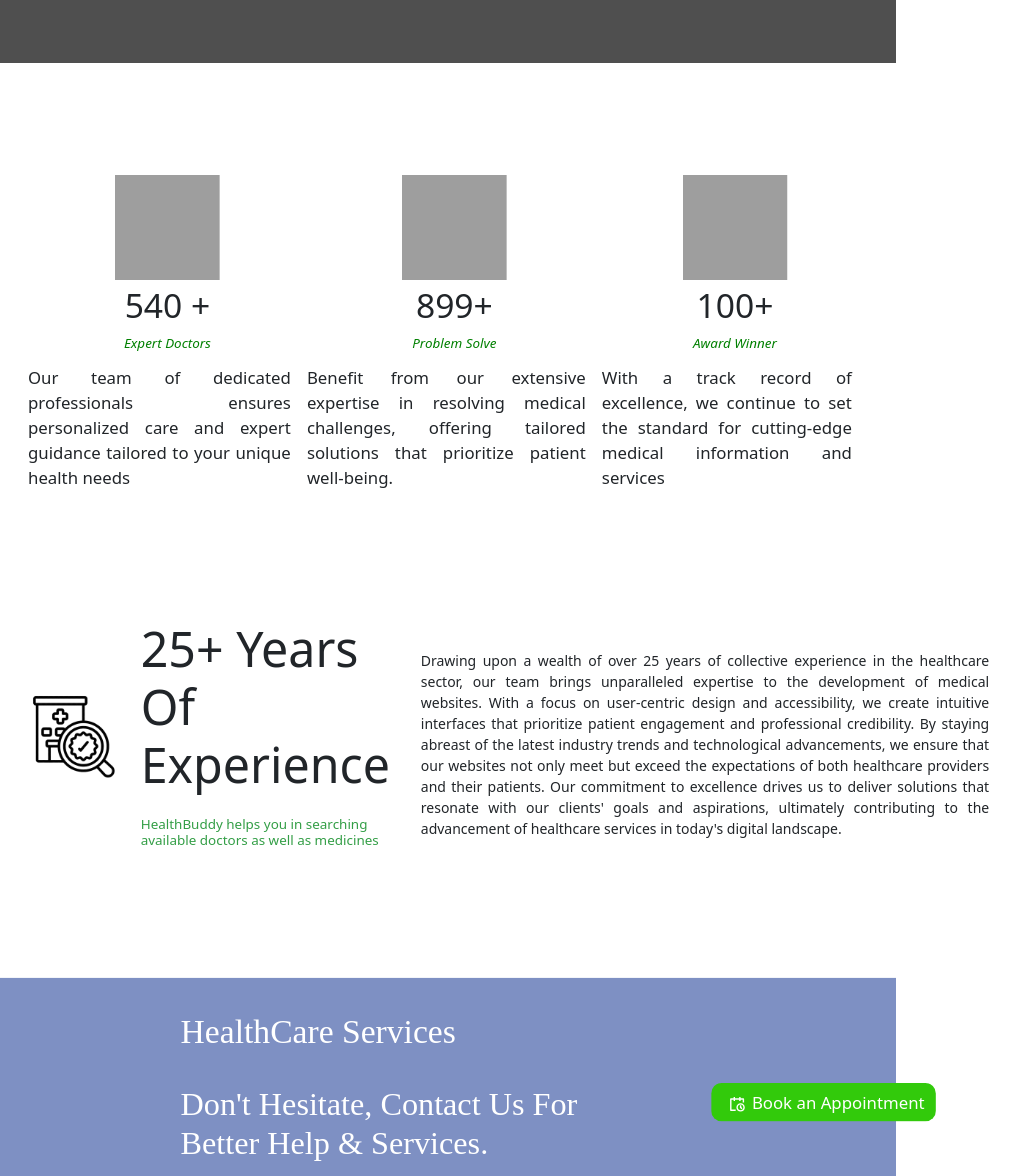
Repository: WajihaGul/MedicalApp-Frontend
Page: /
These files come from the project's save history. The page is drawn as it stood at one moment and after the next save; the edit follows.
The browser window is 1280 px wide. The page is 1457 px wide, so the pictures cover 1457 px, including what lies to the right of the window. The pictures show the part of the page from y = 630 to 2310 px (the page is 4573 px tall before and 4685 px after), at 70% of full size.
Pictures or frames that could not be fetched are drawn as grey boxes. The project was rebuilt for these pictures with package versions that can differ from the ones it lists, and the page was loaded fresh each time. Also part of the build but not shown: vite.config.js, src/index.css, src/App.css, src/Components/PharmacyGrid/PharmacyGrid.module.css, src/Components/DeletePopup/DeletePopup.module.css, src/Components/DeletePopup/DeletePopup.jsx, src/Components/PharmacyGrid/PharmacyGrid.jsx, src/Pages/Pharmacy.jsx and 38 more.

Above is the page before, as saved 2024-06-09 12:58:52.

### public/index.html
<!DOCTYPE html>
<html lang="en">
  <head>
    <meta charset="utf-8" />
    <link rel="icon" href="%PUBLIC_URL%/favicon.ico" />
    <meta name="viewport" content="width=device-width, initial-scale=1" />
    <meta name="theme-color" content="#000000" />
    <meta
      name="description"
      content="Web site created using create-react-app"
    />
    <link rel="apple-touch-icon" href="%PUBLIC_URL%/logo192.png" />

    <link rel="manifest" href="%PUBLIC_URL%/manifest.json" />

    <title>Health Buddy</title>

    <!-- Bootstrap CSS -->

    <link href="https://cdn.jsdelivr.net/npm/bootstrap@5.3.3/dist/css/bootstrap.min.css" rel="stylesheet">
  </head>
  <body>
    <noscript>You need to enable JavaScript to run this app.</noscript>
    <div id="root"></div>

  </body>
</html>

### src/Pages/Homepage.jsx
import Accomplishments from "../Components/Accomplishments/Accomplishments";
import Experience from "../Components/Experience/Experience";
import LandingPage from "./../Components/LandingPage/LandingPage";
import NavigationBar from "./../Components/NavigationBar/Navbar";
import MakeAppointment from "../Components/MakeAppointment/MakeAppointment";
import Footer from "../Components/Footer/Footer";
import Faqs from "../Components/FAQS/Faqs";

const Homepage = () => {
  return (
    <>
      <LandingPage />
      <Accomplishments />
      <Experience />
      <MakeAppointment />
      <Faqs />
    </>
  );
};

export default Homepage;

### src/Components/Layout/Layout.jsx
import React from "react";
import Navbar from "../NavigationBar/Navbar";
import Footer from "../Footer/Footer";

const Layout = ({ children }) => {
  return (
    <div>
      <Navbar />
      <main>{children}</main>
      <Footer />
    </div>
  );
};

export default Layout;

### src/Components/Accomplishments/Accomplishments.jsx
import styles from "./Accomplishments.module.css";

const Accomplishments = () => {
  return (
    <div className={styles.container}>
      <div className={styles.innerContainer}>
        <div className={styles.column1}>
          <img
            className={styles.cols_img}
            src="https://medi-dove.netlify.app/img/counter/counter-icon-7.png"
            alt=""
          />

          <p className={styles.explanationi}>540 + </p>

          <p className={styles.explanationii}>Expert Doctors</p>

          <p className={styles.explanationiii}>
            Our team of dedicated professionals ensures personalized care and
            expert guidance tailored to your unique health needs
          </p>
        </div>

        <div className={styles.column1}>
          <img
            className={styles.cols_img}
            src="https://medi-dove.netlify.app/img/counter/counter-icon-9.png"
            alt=""
          />

          <p className={styles.explanationi}>899+</p>

          <p className={styles.explanationii}>Problem Solve</p>

          <p className={styles.explanationiii}>
            Benefit from our extensive expertise in resolving medical
            challenges, offering tailored solutions that prioritize patient
            well-being.
          </p>
        </div>

        <div className={styles.column3}>
          <img
            className={styles.cols_img}
            src="https://medi-dove.netlify.app/img/counter/counter-icon-83.png"
            alt=""
          />

          <p className={styles.explanationi}>100+</p>

          <p className={styles.explanationii}>Award Winner</p>

          <p className={styles.explanationiii}>
            With a track record of excellence, we continue to set the standard
            for cutting-edge medical information and services
          </p>
        </div>
      </div>
    </div>
  );
};

export default Accomplishments;

### src/Components/Experience/Experience.jsx
import styles from "./Experience.module.css";

const Experience = () => {
  return (
    <>
      <div className={styles.container}>
        <div className={styles.divimg}>
          <img
            className={styles.eimg}
            src="/Assets/Experience_image.png"
            alt="logo here"
          />
        </div>

        <div>
          <h1 className={styles.ehead1}>25+ Years Of Experience</h1>
          <br />
          <h6 className={styles.ehead6}>
            HealthBuddy helps you in searching available doctors as well as
            medicines
          </h6>
        </div>
        <div>
          <p className={styles.story_p}>
            Drawing upon a wealth of over 25 years of collective experience in
            the healthcare sector, our team brings unparalleled expertise to the
            development of medical websites. With a focus on user-centric design
            and accessibility, we create intuitive interfaces that prioritize
            patient engagement and professional credibility. By staying abreast
            of the latest industry trends and technological advancements, we
            ensure that our websites not only meet but exceed the expectations
            of both healthcare providers and their patients. Our commitment to
            excellence drives us to deliver solutions that resonate with our
            clients' goals and aspirations, ultimately contributing to the
            advancement of healthcare services in today's digital landscape.
          </p>
        </div>
      </div>
    </>
  );
};
export default Experience;

### src/Components/LandingPage/LandingPage.jsx
import React from "react";
import "bootstrap/dist/css/bootstrap.min.css";
import { Carousel } from "react-bootstrap";
import styles from "./LandingPage.module.css";

const LandingPage = () => {
  return (
    <Carousel>
      <Carousel.Item>
        <img
          className={styles.dblock}
          src="https:hips.hearstapps.com/hmg-prod/images/types-of-doctors-1600114658.jpg?crop=0.974xw:0.729xh;0,0&resize=1200:*"
          alt="First slide"
        />
        <Carousel.Caption>
          <h3 className={styles.sliders_h}>Welcome to HealthBuddy</h3>
          <p className={styles.sliders_p}>
            We are dedicated to providing compassionate care and innovative
            medical solutions tailored to your needs.
          </p>
        </Carousel.Caption>
      </Carousel.Item>
      <Carousel.Item>
        <img
          className={styles.dblock}
          src="https://medi-dove.netlify.app/img/home4/about/overlap.png"
          alt="Second slide"
        />
        <Carousel.Caption>
          <h3 className={styles.sliders_h}>
            Find Trusted Doctors in Your Area
          </h3>
          <p className={styles.sliders_p}>
            Whether you need a primary care physician, specialist, or allied
            healthcare provider, we've got you covered.
          </p>
        </Carousel.Caption>
      </Carousel.Item>
      <Carousel.Item>
        <img
          className={styles.dblock}
          src="https://drz0f01yeq1cx.cloudfront.net/1714474335549-158e1cf4-d33e-41ef-afb5-0ab23aea778c-4929.png"
          alt="Third slide"
        />
        <Carousel.Caption>
          <h3 className={styles.sliders_h}>Convenient Pharmacy Services</h3>
          <p className={styles.sliders_p}>
            Our pharmacy services make it easy to access the medications you
            need, right from the comfort of your own home.
          </p>
        </Carousel.Caption>
      </Carousel.Item>
    </Carousel>
  );
};

export default LandingPage;

### src/Components/MakeAppointment/MakeAppointment.jsx
import styles from "./MakeAppointment.module.css";
import { Link } from "react-router-dom";
import { RiCalendarScheduleLine } from "react-icons/ri";

const MakeAppointment = () => {
  return (
    <>
      <div className={styles.container}>
        <div className={styles.divii}>
          <h3 className={styles.head3}>HealthCare Services</h3>
          <h1 className={styles.head1}>
            Don't Hesitate, Contact Us For Better Help & Services.
          </h1>
        </div>

        <div className={styles.ButtonHere}>
          <Link to="/appointment">
            <button className={styles.mbutton} type="button">
              <RiCalendarScheduleLine className={styles.micon} />
              Book an Appointment
            </button>
          </Link>
        </div>
      </div>
    </>
  );
};

export default MakeAppointment;

### src/Components/Footer/Footer.jsx
import React from "react";
import styles from "./Footer.module.css";
import {
  FaPhone,
  FaEnvelope,
  FaFacebook,
  FaTwitter,
  FaInstagram,
  FaLinkedin,
} from "react-icons/fa";

const Footer = () => {
  return (
    <>
      <footer className={styles.footer}>
        <div className={styles.container}>
          <div className={styles.footer_grid}>
            <div className={styles.footer_item}>
              <h3>Contact Us</h3>
              <p>
                <FaPhone /> +1-123-456-7890
              </p>
              <p>
                <FaEnvelope /> info@medicalwebsite.com
              </p>
            </div>
            <div className={styles.footer_item}>
              <h3>Quick Links</h3>
              <ul>
                <li>
                  <a href="#home">Home</a>
                </li>
                <li>
                  <a href="#doctors">Doctors</a>
                </li>
                <li>
                  <a href="#pharmacy">Pharmacy</a>
                </li>
                <li>
                  <a href="#appointments">Appointments</a>
                </li>
                <li>
                  <a href="#about">About Us</a>
                </li>
                <li>
                  <a href="#contact">Contact Us</a>
                </li>
              </ul>
            </div>
            <div className={styles.footer_item}>
              <h3>Services</h3>
              <ul>
                <li>
                  <a href="#appointment">Book Appointment</a>
                </li>
                <li>
                  <a href="#pharmacy-order">Order Medicine</a>
                </li>
              </ul>
            </div>
            <div className={styles.footer_item}>
              <h3>Follow Us</h3>
              <ul className={styles.social_icons}>
                <li>
                  <a href="https://facebook.com">
                    <FaFacebook />
                  </a>
                </li>
                <li>
                  <a href="https://twitter.com">
                    <FaTwitter />
                  </a>
                </li>
                <li>
                  <a href="https://instagram.com">
                    <FaInstagram />
                  </a>
                </li>
                <li>
                  <a href="https://linkedin.com">
                    <FaLinkedin />
                  </a>
                </li>
              </ul>
            </div>
          </div>
        </div>
        <div className={styles.footer_bottom}>
          <div className={styles.container}>
            <p>
              &copy; {new Date().getFullYear()} Medical Website. All rights
              reserved.
            </p>
          </div>
        </div>
      </footer>
    </>
  );
};

export default Footer;

### src/Components/FAQS/Faqs.jsx
import React from "react";
import styles from "./Faqs.module.css";

const Faqs = () => {
  return (
    <section className={styles.faq_section}>
      <div className={styles.faq_content}>
        <h2 className={styles.faq_h2}>FAQs</h2>
        <div className={styles.faq_item}>
          <h3>How can I schedule an appointment with a doctor?</h3>
          <p>
            To schedule an appointment with a doctor, simply navigate to the
            "Book Appointments" section of our website and follow the prompts to
            select your preferred doctor, date, and time slot.
          </p>
        </div>
        <div className={styles.faq_item}>
          <h3>Can I choose a specific doctor for my appointment?</h3>
          <p>
            Yes, you can choose a specific doctor for your appointment based on
            their availability and specialization. Our website provides options
            to filter doctors by specialty to help you find the right healthcare
            provider for your needs.
          </p>
        </div>
        <div className={styles.faq_item}>
          <h3>
            What information do I need to provide when booking an appointment?
          </h3>
          <p>
            When booking an appointment, you will need to provide basic
            information such as your name, contact details, reason for visit,
            and any relevant medical history. This information helps us ensure
            that you receive the appropriate care during your visit.
          </p>
        </div>
        <div className={styles.faq_item}>
          <h3>How can I order prescription medications from the pharmacy?</h3>
          <p>
            Ordering prescription medications from our pharmacy is easy. Simply
            log in to your account on our website, navigate to the pharmacy
            section, and browse our catalog of available medications. Add the
            desired items to your cart, proceed to checkout, and follow the
            instructions to complete your order
          </p>
        </div>

        <div className={styles.faq_item}>
          <h3>
            How long does it take for prescription medications to be delivered?
          </h3>
          <p>
            Prescription medication delivery times may vary depending on your
            location and the availability of the medications you have ordered.
            Typically, orders are processed and dispatched within 24 hours, and
            delivery times range from 2-3 business days.
          </p>
        </div>
      </div>
    </section>
  );
};

export default Faqs;

### src/Components/Accomplishments/Accomplishments.module.css
.container{
    margin:0 auto;
    width: 1200px;
    padding-top: 30px;
    padding-bottom: 30px;
    margin-top: 30px;
    display: flex;
    flex-direction: column;
}
.innerContainer{
    display: flex;
    flex-direction: row;
}
.column1 , .column2 , .column3{
    display: flex;
    flex-direction: column;
    justify-content: center;
    align-items: center;
}
.explanationi{
    font-size: xxx-large;
    font-weight: 700px;
}

.explanationii{
    color: green;
    font-size: larger;
    font-style: italic;
    margin-top: -12px;
}

.explanationiii{
    text-align: justify;
    margin-right: 23px;
    font-size:24px;
}

.cols_img{
    height: 150px;
    width: 150px;
    align-items: center !important;
    justify-content: center !important;
}

### src/Components/Experience/Experience.module.css
.container{
  margin: 0 auto;
  width: 1200px;
  margin-top: 138px;
  display: flex;
  flex-direction: row;
  margin-bottom: 138px;
}

.logo, .experience , .story{
  margin: 10px;
  height: 100px !important;
}

.story_p{
  padding: 44px;
    text-align: justify;
    font-size: 20px;
    width: 900px;
}
.divimg{

}
.ehead1{
  font-size: 69px;
}

.ehead6{
color: #339e46 ;
font-size: larger;
}
.eimg{
  height: 131px;
  margin-bottom: 102px;
  margin-top: 102px;
  padding-right: 30px;
}

### src/Components/LandingPage/LandingPage.module.css
.carousel {
  overflow: hidden; /* Hide any overflow */
}

.carousel-item img {
  max-width: 100%; /* Ensure images don't exceed the width of the container */
  max-height: 100vh; /* Adjust the height as needed to fit within the viewport */
  margin: auto; /* Center the images horizontally */
}

.dblock{
  height: 100vh;
  width: 100%;
  margin-bottom: 100px;
  filter: brightness(0.5);
}

.sliders_p{
  font-size: 48px;
  color: white;
  width: 1462px;
  text-align: center;
  padding-bottom: 156px;
  font-family: serif;
}

.sliders_h{
  font-size: 48px;
  font-family: serif;
}

### src/Components/NavigationBar/Navbar.module.css
nav {
  position: fixed;
  top: 0;
  left: 0;
  width: 100%;
  display: flex;
  justify-content: space-between;
  align-items: center;
  height: 80px;
  padding: 0 30px;
  background-color: #4f4fa1;
  box-shadow: 0px 4px 10px rgba(0, 0, 0, 0.1);
  z-index: 10;
}

.allnav {
display: flex;
align-items: center;
gap: 200px;
margin-right: 190px;
}

.navLinks {
display: flex;
gap: 53px;
list-style-type: none;
margin: 0;
padding: 0;
font-size: x-large;
box-sizing: border-box;
font-family: cursive;
font-weight: 800;
text-decoration: none !important;
}
.navLinksColor {
color: white;
}
.navLinks a{
text-decoration: none !important;
}
.navbar-item {
position: relative;
}


.navbar-item a {
text-decoration: none !important;
color: #fff;
font-weight: bold;
padding: 15px 20px;
border-radius: 10px;
transition: background-color 0.3s ease;
}


.navbar-item a:hover {
background-color: rgba(255, 255, 255, 0.2); /* Semi-transparent background on hover */
}

.customButton {
background-color: #f0f1ff;
  border: none;
  font-family: cursive;
  color: #2259b1;
  padding: 0px 32px;
  text-align: center;
  text-decoration: none;
  display: inline-block;
  margin: 4px 2px;
  cursor: pointer;
  border-radius: 4px;
  transition-duration: 0.4s;
  font-size: x-large;
  height: 54px;
  font-weight: 700;
}

.btn-primary.btn-lg:hover {
transform: scale(1.05); /* Scale button on hover */
}

.logo {
display: flex;
align-items: center;
}

.nav_img {
height: 47px;
margin-right: 20px;
margin-top: -9px;
margin-right: 14px;
}

.nav_head {
font-size: 2.5rem;
margin-left: -12px;
color:#ffffff;
font-family: cursive;
margin-bottom: 1px;
font-weight: 800;
font-size: xx-large;
}
/* Navbar.module.css */
.custom-modal-content {
height: 500px; /* Increase the height as needed */
}

/* Center the modal vertically */
.modal-dialog-centered {
display: flex;
align-items: center;
min-height: calc(100% - 1rem);
}

### src/Components/MakeAppointment/MakeAppointment.module.css
.container{
    background-color: rgb(126 144 195);
    height: 340px;
}
.head3{
    color: white;
    font-family: cursive;
    margin-left: 290px;
    padding-top: 18px;
    /* width: 800px; */
    font-size: xxx-large;
    margin-right: 290px;
    padding-bottom: 18px;
}
.head1{
    margin-top: 30px;
    color: white;
    font-family: cursive;
    margin-left: 290px;
    margin-bottom: 30px;
    margin-right: 290px;
    font-size: 46px;
    width: 600px;
}

.container , .ButtonHere{
display: flex;
flex-direction: row;
}

.divii{
    margin-top: 30px;
    margin-bottom: 30px;
    margin-right: -32px;
    margin-left: -32px;
    width: 1080px;
}

.ButtonHere{
    margin:150px auto;
   }



.mbutton{
    height: 55px;
    width: 321px;
    border-color: transparent;
    font-size: x-large;
    border-radius: 15px;
    background-color: #32ca0b;
    color: white;
    padding-left: 10px;
    padding-right: 10px;
    padding-top: 8px;
    padding-bottom: 8px
}

.micon{
    margin: 9px;

}

### src/Components/Footer/Footer.module.css
.footer {
  background-color: #191931;
    padding-top: 43px;
    padding-left: 25px;
    font-family: emoji;
    color: white;
    display: flex;
    flex-direction: column;
    justify-content: space-between;
    height: 100%;
    padding-left: 80px;
    font-size: larger;
}

.footer .container {
  justify-content: space-between;
  color: white;
}

.footer_grid {
  color: white;
  display: grid;
  grid-template-columns: repeat(4, 1fr);
  grid-gap: 30px;
}

.footer_item {
  color: white;
  margin-bottom: 30px;
}

.footer_item h3 {
  color: white;
  font-size: 1.2rem;
  margin-bottom: 15px;
  color: white;
}

.footer_item p {
  color: white;
  font-size: 1rem;
  margin-bottom: 10px;
}

.footer_item ul {
  color: white;
  list-style-type: none;
  padding: 0;
}

.footer_item ul li {
  margin-bottom: 5px;
  color: white;
}

.footer_item ul li a {
  color: #333;
  text-decoration: none;
  color: white;
}

.footer_item ul li a:hover {
  color: #007bff;
}

.social_icons {
  display: flex;
  padding: 0;
  color: white;
}

.social_icons li {
  margin-right: 10px;
  color: white;
}

.social_icons li:last-child {
  margin-right: 0;
  color: white;
}

.social_icons a {
  color: white;
  font-size: 1.2rem;
  text-decoration: none;
}

.social_icons a:hover {
  color: #007bff;
}

.footer_bottom {
  background-color:  #191931;
  padding: 15px 0;
  color: white;
  text-align: center;
}

.footer_bottom p {
  margin-left: -23px;
  font-size: 0.9rem;
  color: white;
}

### src/Components/FAQS/Faqs.module.css
.faq_section {
    max-width: 1587px;
    display: flex;
    padding-left: 300px;
    padding: 300p;
    padding-top: 32px;
    align-items: center;
    margin-left: 340px;
}
  .faq_h2{
    font-size: 3rem;
    font-family: emoji;
    padding-left: 30px;
  }
  .faq_content {
    width: 60%;
  }


  .faq_item {
    margin-bottom: 30px;
    background-color: #f9f9f9;
    padding: 20px;
    border-radius: 8px;
    box-shadow: 0 4px 8px rgba(0, 0, 0, 0.1);
    transition: transform 0.3s ease;
  }

  .faq_item:hover {
    transform: translateY(-5px);
    color: #4f4fa1;
  }

  .faq-item h3 {
    font-size: 1.2rem;
    margin-bottom: 10px;
    color: #333;
  }

  .faq_item p {
    font-size: 1rem;
    line-height: 1.6;
    color: #666;
  }

Loaded but not shown: src/App.js (45 lines, source omitted); src/index.js (19 lines, source omitted); src/Components/NavigationBar/Navbar.jsx (155 lines, source omitted)

After the next save:
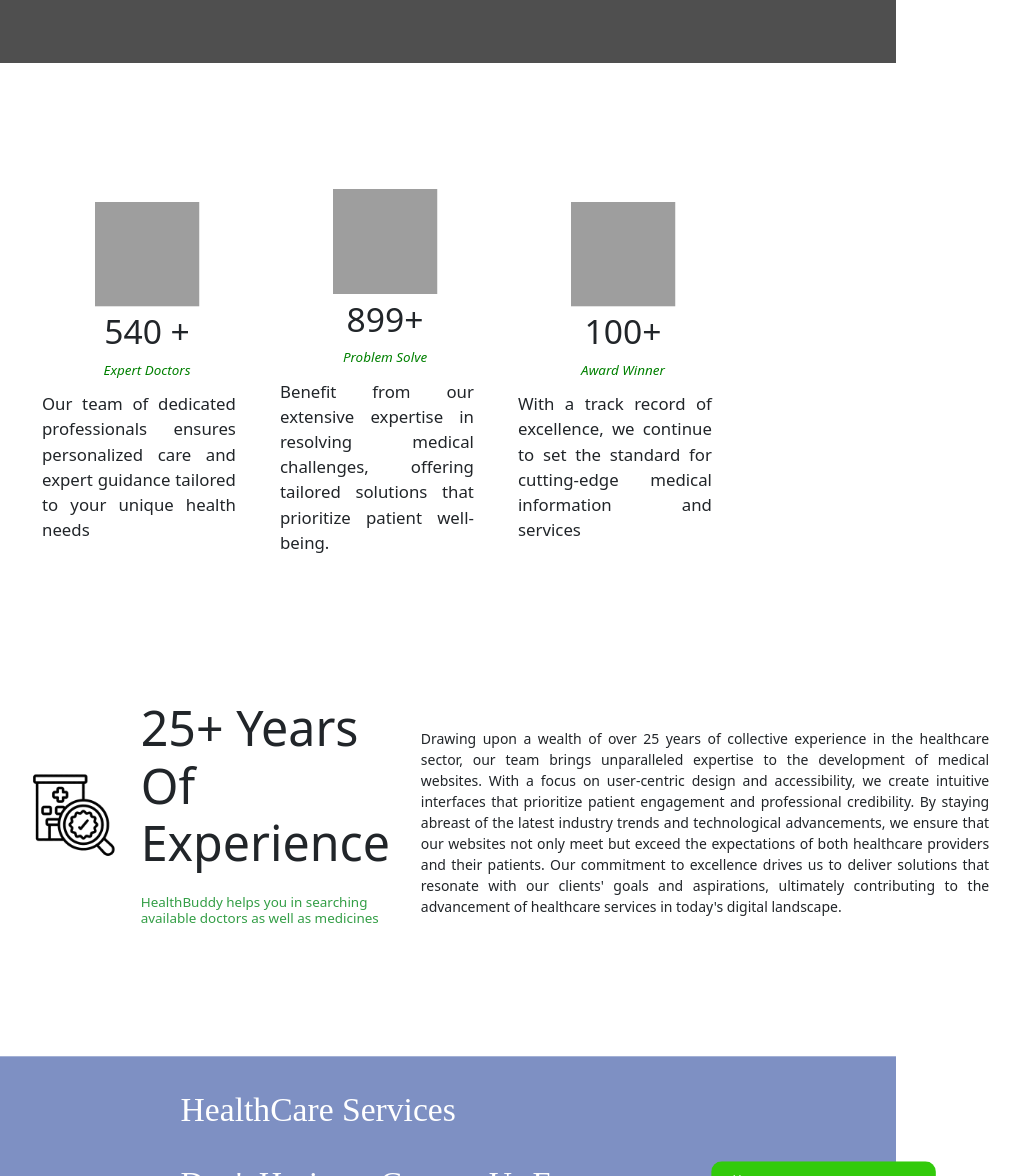
Saved 47 min 3 s later.
--- a/src/Components/Accomplishments/Accomplishments.module.css
+++ b/src/Components/Accomplishments/Accomplishments.module.css
@@ -41,3 +41,20 @@
     align-items: center !important;
     justify-content: center !important;
 }
+.container {
+    display: flex;
+    flex-wrap: wrap;
+    justify-content: center;
+  }
+
+  .column1, .column2, .column3 {
+    width: 100%;
+    max-width: 300px; /* Adjust max-width as needed */
+    margin: 20px;
+  }
+
+  @media (min-width: 768px) {
+    .column1, .column2, .column3 {
+      width: calc(33.33% - 40px); /* Adjust spacing between columns */
+    }
+  }
